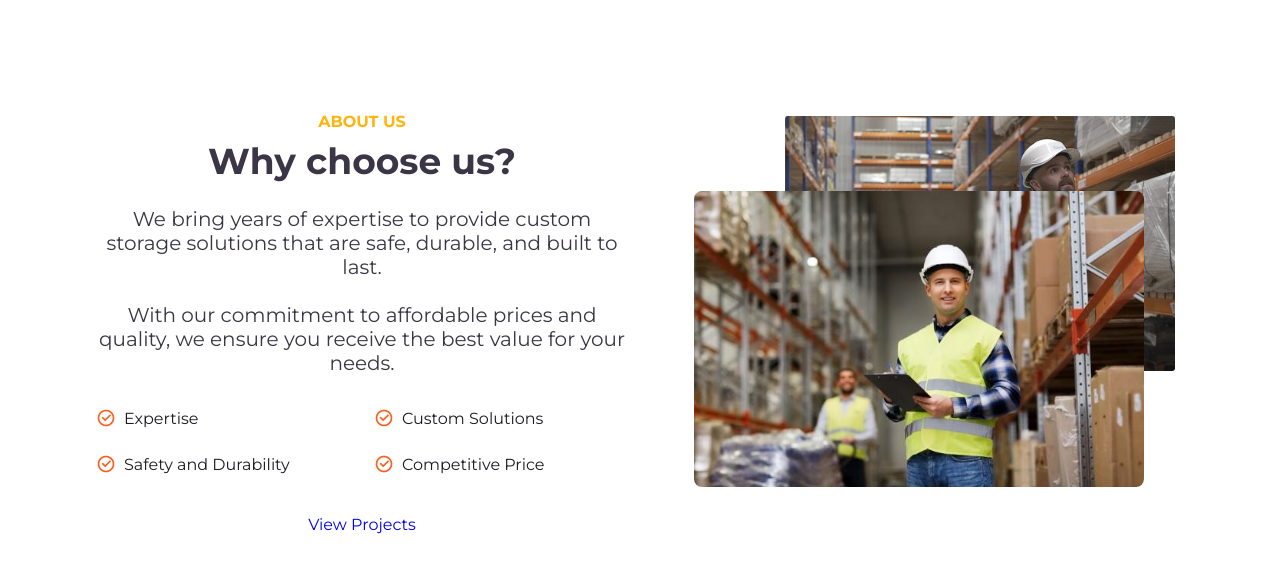
Repository: jahatesu/shelves-and-storage-equipment
Page: index.html
These files come from the project's save history. The page is drawn as it stood at one moment and after the next save; the edit follows.
The browser window is 1280 px wide. The pictures show the part of the page from y = 720 to 1302 px (the page is 1302 px tall).
Backgrounds fixed to the window are drawn as part of the page. Some web fonts or font styles are not loaded; a fallback is used.

Above is the page before, as saved 2025-01-08 16:35:38.
Console error: TypeError: Cannot read properties of null (reading 'querySelector')

### index.html
<!DOCTYPE html>
<html lang="en">
<head>
    <meta charset="UTF-8">
    <meta name="viewport" content="width=device-width, initial-scale=1.0">
    <!-- Remix Icons -->
    <link rel="stylesheet" href="https://cdnjs.cloudflare.com/ajax/libs/remixicon/4.2.0/remixicon.css">
    <!-- Swiper CSS -->
    <link rel="stylesheet" href="assets\js\swiper-bundle.min.js" />
    <!-- CSS -->
    <link rel="stylesheet" href="style.css">
    <script src="https://cdnjs.cloudflare.com/ajax/libs/jquery/3.7.1/jquery.min.js"></script>
    <title>Shelves and Storage</title>
    <link rel="stylesheet" href="https://fonts.googleapis.com/css?family=Material+Symbols+Rounded&opsz,wght,FILL,GRAD@48,400,0,0" />
</head>

<body>

    <!-- Navigation Bar -->
    <header>
        <div class="logo">
            <img src="assets\images\logo.png" alt="Shelves and Storage Logo">
        </div>

        <div class="navigation">
            <input type="checkbox" id="nav-checkbox">
            <label for="nav-checkbox" class="nav-toggle">
                <i class="ri-menu-fill"></i>
            </label>

            <ul class="nav-menu">
                <li><a href="#">Home</a></li>
                <li><a href="#">About Us</a></li>
                <li><a href="#">Services</a></li>
                <li><a href="#">Products</a></li>
                <li><a href="#">Contact Us</a></li>
            </ul>
        </div>
    </header>

    <!-- Hero Section -->
    <div class="hero">
        <h1 class="animate__animated animate__fadeInDown">Shelves and Storage Equipment</h1>
        <h3 class="animate__animated animate__fadeInUp">Storage and Racking Expert</h3>
    </div>

<!-- About Section -->
<section class="about section" id="about">
    <div class="about_container container grid">
        <div class="about_data">
            <span class="section_subtitle">ABOUT US</span>
            <h2 class="section_title">Why choose us?</h2>
            <p class="about_description">
                We bring years of expertise to provide custom storage solutions that are safe, durable, and built to last.
                <br><br>With our commitment to affordable prices and quality, we ensure you receive the best value for your needs.
            </p>
            <ul class="about_list grid">
                <li class="about_list-item">
                    <i class="ri-checkbox-circle-line"></i>
                    <span>Expertise</span>
                </li>
                <li class="about_list-item">
                    <i class="ri-checkbox-circle-line"></i>
                    <span>Custom Solutions</span>
                </li>
                <li class="about_list-item">
                    <i class="ri-checkbox-circle-line"></i>
                    <span>Safety and Durability</span>
                </li>
                <li class="about_list-item">
                    <i class="ri-checkbox-circle-line"></i>
                    <span>Competitive Price</span>
                </li>
            </ul>
            <a href="#projects" class="button">View Projects</a>
        </div>
        <div class="about_images">
            <img src="assets/images/about_img1.png" alt="image" class="about_img1">
            <img src="assets/images/about_img2.png" alt="image" class="about_img2">
        </div>
    </div>
</section>

    <!-- JavaScript -->
    <script src="main.js"></script>
</body>
</html>

### style.css
/* Import fonts */
@import url('https://fonts.googleapis.com/css2?family=Montserrat:wght@100..900&family=Open+Sans:ital,wght@0,300..800;1,300..800&display=swap');
@import url('https://cdnjs.cloudflare.com/ajax/libs/animate.css/4.1.1/animate.min.css');

/* root variable css */
:root{
    --header-height: 3.5rem;

    /* colors */
    /* hue, saturation, lightness */
    --first-color: hsl(18, 95%, 55%);
    --second-color: hsl(42, 98%, 52%);
    --first-gradient: linear-gradient(90deg,
                                    hsl(18, 95%, 55%),
                                    hsl(18, 98%, 64%));
    --title-color:hsl(255, 12%, 12%);
    --text-color: hsl(255, 12%, 24%);
    --text-color-light: hsl(255, 4%, 70%);
    --body-color: hsl(0, 0%, 100%);
    --container-color: hsl(0, 0%, 100%);
    --white-color: hsl(0, 0%, 100%);
    --black-color: hsl(255, 20%, 10%);
    --gray-border:hsl(255, 6%, 90%);
    --black-border: hsl(255, 10%, 20%);

    /* fonts and typography */
    /* .5 rem = 8px | 1rem = 16px */

    --body-font:"Montserrat", sans-serif;
    --big-font-size: 2.25rem;
    --h1-font-size: 1.5rem;
    --h2-font-size: 1.25rem;
    --h3-font-size: 1rem;
    --normal-font-size: .938rem;
    --small-font-size: .813rem;

    /* font weight */
    --font-regular: 400;
    --font-medium: 500;
    --font-semibold: 600;
    --font-bold: 700;

    /* z index */
    --z--tooltip: 10;
    --z-fixed: 100;
}

/* responsive typography */
@media screen and (min-width: 1150px) {
    :root{
        --big-font-size: 3.5rem;
        --h1-font-size: 2.25rem;
        --h2-font-size: 1.5rem;
        --h3-font-size: 1.25rem;
        --normal-font-size: 1rem; /* Fixed size for normal font */
        --small-font-size: .875rem; /* Increased small font size */
    }
}

/* Global styles */
* {
  margin: 0;
  padding: 0;
  box-sizing: border-box;
}

body {
    font-family: var(--body-font);
    font-size: var(--normal-font-size);
    background-color: var(--body-color);
    color: var(--text-color);
}

html{
    scroll-behavior: smooth;
}

body, ul, a{
    margin: 0;
    padding: 0;
    font-family: 'Montserrat', sans-serif;
}

/* h1, h2, h3, h4 {
    color: var(--title-color);
    font-weight: var(--font-semi-bold);
    margin: 10px 0;
    line-height: 1.2;
} */

/* Typography scaling for responsiveness */
h1 {
    font-size: 2.5rem; /* Scales with viewport width */
}
h2 {
    font-size: 2rem;
}
h3 {
    font-size: 1.75rem;
}
p {
    font-size: 1rem;
}

/* Media queries for responsiveness */
@media (min-width: 768px) {
    h1 {
        font-size: 3rem;
    }
    h2 {
        font-size: 2.5rem;
    }
    h3 {
        font-size: 2rem;
    }
    p {
        font-size: 1.125rem;
    }
}

@media (min-width: 1024px) {
    h1 {
        font-size: 3.5rem;
    }
    h2 {
        font-size: 3rem;
    }
    h3 {
        font-size: 2.5rem;
    }
    p {
        font-size: 1.25rem;
    }
}

/* General layout for larger screens */
@media (min-width: 1440px) {
    .container {
        padding: 30px;
    }
    h1 {
        font-size: 4rem;
    }
    h2 {
        font-size: 2rem;
    }
    h3 {
        font-size: 3rem;
    }
    p {
        font-size: 1rem;
    }

}

ul{
    list-style: none;
}

a{
    text-decoration: none;
}

img{
    display: block;
    max-width: 100%;
    height: auto;
    object-fit: contain;
}

body html{
    overflow-x: hidden;
    overflow-y: hidden;
    padding-top: var(--header-height);
}

/* css classes */
.container {
    max-width: 1120px;
    margin: 0 auto;
    padding: 0 1rem;
    margin-top: 4rem; /* Added top margin */
    margin-bottom: 2rem;
}

.grid {
    display: grid;
    gap: 1.5rem;
}

.section {
    padding-block: 5rem 1rem;
}

.section_title {
    text-align: center;
    font-size: var(--h1-font-size);
    font-weight: var(--font-bold);
    margin-bottom: 1.5rem;
}


.section_subtitle {
    display: block;
    text-align: center;
    font-size: var(--normal-font-size);
    font-weight: var(--font-bold);
    color: var(--second-color);
    margin-bottom: .5rem;
}

/* Hide checkbox and toggle button initially */
#nav-checkbox,
.nav-toggle {
  display: none;
}

/* Hero section styles */
.hero {
  background: linear-gradient(rgba(0, 0, 0, 0.8), rgba(0, 0, 0, 0.6)),
    url("heroBG.jpg") no-repeat fixed bottom / cover;
  min-height: 100vh;
  display: flex;
  flex-direction: column;
  justify-content: center;
  align-items: center;
  text-align: center;
  /* width: 100%; */
}

.hero h1 {
  color: hsl(233, 39%, 23%);
  font-size: 60px;
  line-height: 1;
  text-shadow:
    0.5px 0.5px 0px #fff, /* Bottom-right shadow */
    -0.5px 0.5px 0px #fff, /* Bottom-left shadow */
    0.5px -0.5px 0px #fff, /* Top-right shadow */
    -0.5px -0.5px 0px #fff; /* Top-left shadow */
}

.hero h3 {
  color: #ffffff;
  /* position: static; */
  font-size: 26px;
  font-weight: normal;
  margin: 15px 0;
  line-height: 1;
  text-shadow:
    0.3px 0.3px 0px #fff, /* Bottom-right shadow */
    -0.3px 0.3px 0px #fff, /* Bottom-left shadow */
    0.3px -0.3px 0px #fff, /* Top-right shadow */
    -0.3px -0.3px 0px #fff; /* Top-left shadow */
}

/* Header styles */
header {
  position: fixed;
  top: 0;
  left: 0;
  width: 100%;
  display: flex;
  align-items: center;
  justify-content: space-around;
  padding: 20px 0;
  transition: background-color 0.5s ease;
  z-index: 1;
}

.logo h2 {
  color: #fff;
  text-transform: uppercase;
  font-weight: normal;
}

/* Navigation menu styles */
.nav-menu {
  display: flex;
  list-style: none;
}

.nav-menu li {
  display: inline-block;
}

.nav-menu li a {
  color: #fff;
  text-decoration: none;
  font-size: 1.2rem;
  padding: 0 15px;
}

.nav-menu li a:hover {
  color: hsl(18, 84%, 44%);
}

.active {
  background: hsl(18, 84%, 44%);
}

.active a:hover {
  color: #fff !important;
  text-decoration: underline;
}

.nav-toggle {
  display: none;
  font-size: 2rem;
  cursor: pointer;
  color: white;
}

/* Responsive menu styles */
@media (max-width: 768px) {
    .nav-menu {
        display: none;
        flex-direction: column;
        position: absolute;
        top: 60px;
        right: 20px;
        background-color: rgba(0, 0, 0, 0.9);
        border-radius: 8px;
        padding: 10px;
    }

    .nav-menu li {
        margin: 10px 0;
    }

    .nav-menu li a {
        font-size: 1.2rem;
    }

    .nav-toggle {
        display: block;
    }

    #nav-checkbox:checked ~ .nav-menu {
        display: flex;
    }

    header {
        justify-content: space-between;
        padding: 10px 20px;
    }
}

.logo img {
    max-width: 250px;
    height: auto;
    display: block;
    transition: all 0.3s ease;
}

/* Adjust logo size for smaller screens */
@media (max-width: 768px) {
    .logo img {
        max-width: 150px; /* Smaller logo for mobile */
        padding-top: 20px;
    }
}

/* About Section */
.about_data, .about_description, .about_list-item, .about_img1, .about_img2 {
    opacity: 0;
    transform: translateY(20px);
    transition: opacity 0.6s ease-out, transform 0.6s ease-out;
}

.about_data.visible, .about_description.visible, .about_list-item.visible, .about_img1.visible, .about_img2.visible {
    opacity: 1;
    transform: translateY(0);
}

.about_data {
    text-align: center;
}

.about_container {
    row-gap: 3.5rem;
    display: grid;
    grid-template-columns: 1fr;
    margin-top: 2rem; /* Added top margin */
}

.about_description {
    margin-bottom: 2rem;
}

.about_list {
    display: grid;
    grid-template-columns: repeat(2, 1fr);
    justify-content: center;
    gap: 1.5rem;
    margin-bottom: 2.5rem;
    justify-items: ;
}

.about_list-item {
    display: flex;
    align-items: center;
    gap: .5rem;
    color: var(--title-color);
}

.about_list-item i {
    font-size: 1.25rem;
    color: var(--first-color);
}

.about_images {
    display: flex;
    justify-content: center;
    gap: 1rem;
    position: relative;
    margin-top: 2rem; /* Added top margin */
}

.about_img1, .about_img2 {
    max-width: 100%;
    height: auto;
    border-radius: .5rem;
    transition: transform 0.3s ease-in-out;
}

.about_img1:hover, .about_img2:hover {
    transform: scale(1.05);
}

.about_img1 {
    width: 300px; /* Increased size */
    border: 5px solid var(--body-color);
    position: absolute;
    top: -3rem; /* Adjusted position */
    left: 6rem;
}

.about_img2 {
    width: 350px; /* Increased size */
    margin-right: 2.5rem;
}

/* Responsive Design */
@media (min-width: 1100px) {
    .about_container {
        grid-template-columns: 1fr 1fr;
        align-items: center;
    }

    .about_images {
        justify-content: flex-end;
    }

    .about_img1 {
        width: 400px; /* Adjusted size for larger screens */
        top: -5rem; /* Adjusted position */
        left: 8rem;
    }

    .about_img2 {
        width: 450px; /* Adjusted size for larger screens */
    }
}

### main.js
$(document).ready(function() {
  $(window).bind('scroll', function(){
    var gap = 50;
    if ($(window).scrollTop() > gap) {
      $('header').addClass('active');
    } else {
      $('header').removeClass('active');
    }
  });
});

document.addEventListener('DOMContentLoaded', function () {
  const navToggle = document.querySelector('.nav-toggle');
  const navMenu = document.querySelector('.nav-menu');

  navToggle.addEventListener('click', function () {
      navMenu.classList.toggle('show-menu');
  });
});

const initSlider = () => {
  const imageList = document.querySelector(".slider-wrapper .image-list");
  const slideButtons = document.querySelectorAll(".slider-wrapper .slide-button");
  const sliderScrollbar = document.querySelector(".container .slider-scrollbar");
  const scrollbarThumb = sliderScrollbar.querySelector(".scrollbar-thumb");
  const maxScrollLeft = imageList.scrollWidth - imageList.clientWidth;

  // Slide images according to the slide button clicks
  slideButtons.forEach(button => {
      button.addEventListener("click", () => {
          const direction = button.id === "prev-slide" ? -1 : 1;
          const scrollAmount = imageList.clientWidth * direction;
          imageList.scrollBy({ left: scrollAmount, behavior: "smooth" });
      });
  });

  const handleSlideButtons = () =>{
      slideButtons[0].computedStyleMap.display = imageList.scrollLeft <= 0 ? "none" : "block";
      slideButtons[1].computedStyleMap.display = imageList.scrollLeft >= maxScrollLeft ? "none" : "block";
  }

  //update scroll bar position
  const updateScrollThumbPosition = () => {
      const scrollPosition = imageList.scrollLeft;
      const thumbPosition = (scrollPosition / maxScrollLeft) * (sliderScrollbar.clientWidth - scrollbarThumb .offsetWidth);
      scrollbarThumb.style.left = `${thumbPosition}px`;
  }

  imageList.addEventListener("scroll", () => {
      handleSlideButtons();
      updateScrollThumbPosition();
  });
};

window.addEventListener("load", initSlider);

// JavaScript to handle scroll-triggered animations
document.addEventListener('DOMContentLoaded', () => {
  const observerOptions = {
      threshold: 0.1
  };

  const observer = new IntersectionObserver((entries, observer) => {
      entries.forEach(entry => {
          if (entry.isIntersecting) {
              entry.target.classList.add('visible');
              observer.unobserve(entry.target);
          }
      });
  }, observerOptions);

  const elementsToAnimate = document.querySelectorAll('.about_data, .about_description, .about_list-item, .about_img1, .about_img2');
  elementsToAnimate.forEach(element => {
      observer.observe(element);
  });
});

Loaded but not shown: assets/js/swiper-bundle.min.js (library)

After the next save:
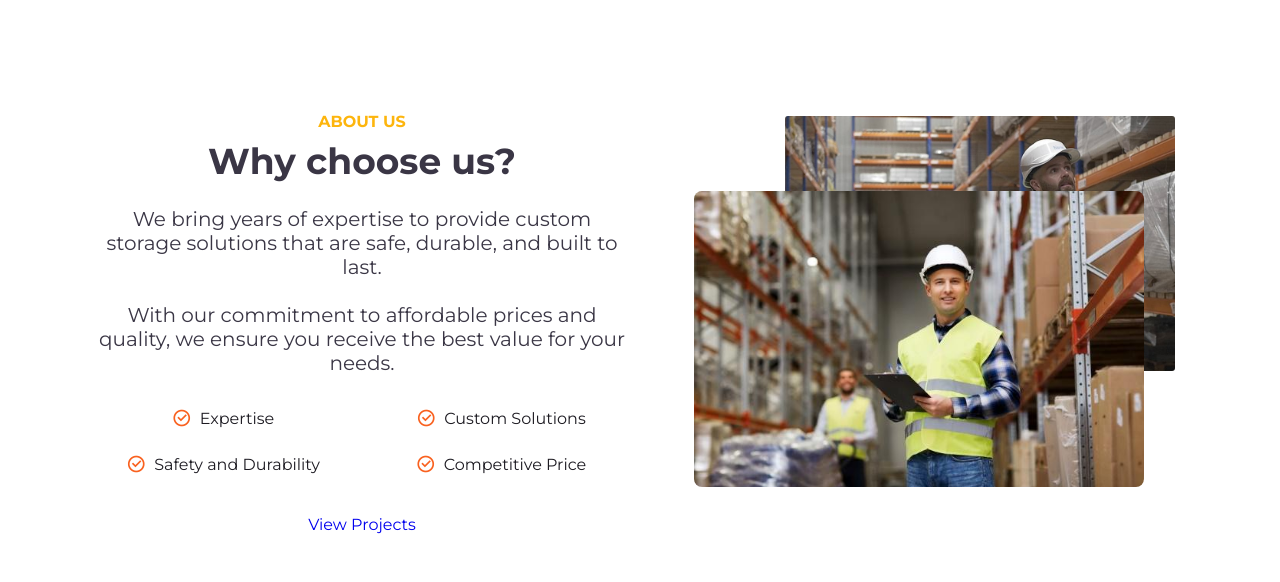
Saved 11 s later.
--- a/style.css
+++ b/style.css
@@ -393,7 +393,7 @@ header {
     justify-content: center;
     gap: 1.5rem;
     margin-bottom: 2.5rem;
-    justify-items: ;
+    justify-items: center;
 }
 
 .about_list-item {
